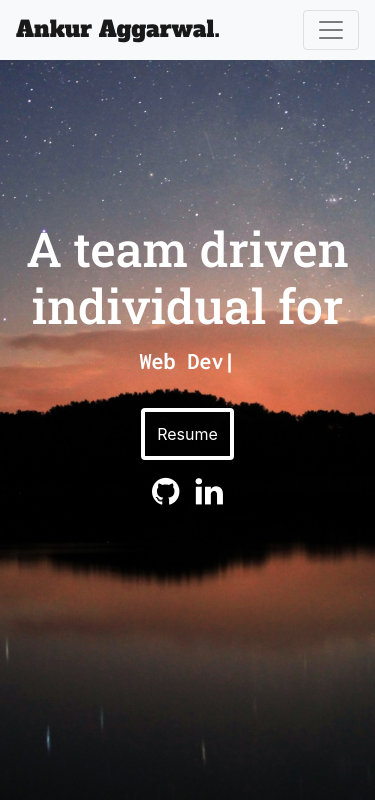
Repository: AnkurDevv/PersonalWebsite
Page: index.html
An editor plug-in stored every save of this project. The page is shown before and after the next save, followed by the edit.
The browser window is 375 px wide. The pictures show the whole page.
Some web fonts or font styles are not loaded; a fallback is used.

Above is the page before, as saved 2020-09-13 16:05:51.

### index.html
<!DOCTYPE html>
<html>

<head>
  <meta charset="utf-8">
  <meta http-equiv="X-UA-Compatible" content="IE=edge">
  <title>Ankur Aggarwal</title>
  <meta name="description" content="">
  <meta name="viewport" content="width=device-width, initial-scale=1">
  <!-- FONT AWESOME FOR SOCIAL MEDIA ICONS -->
  <link rel="stylesheet" href="https://cdnjs.cloudflare.com/ajax/libs/font-awesome/4.7.0/css/font-awesome.min.css">
  <!-- Importing Bootstrap here -->
  <link rel="stylesheet" href="https://stackpath.bootstrapcdn.com/bootstrap/4.4.1/css/bootstrap.min.css"
    integrity="sha384-Vkoo8x4CGsO3+Hhxv8T/Q5PaXtkKtu6ug5TOeNV6gBiFeWPGFN9MuhOf23Q9Ifjh" crossorigin="anonymous">
  <!--CUSTOM CSS FOR THE PAGE  -->
  <link rel="stylesheet" href="./style/index.css">
  <!-- FOR COOL ANIMATION EFFECTS -->
  <link rel="stylesheet" href="./style/animate.css">
  <!-- FOR COOL TYPING EFFECTS -->
  <script src="https://cdn.jsdelivr.net/npm/typed.js@2.0.11"></script>
  <!-- FOR GOOGLE FONTS - START -->
  <!-- for main heading -->
  <link
    href="https://fonts.googleapis.com/css2?family=Merienda:wght@700&family=Pacifico&family=Roboto&family=Roboto+Slab:wght@500&display=swap"
    rel="stylesheet">
  <!-- For Sub heading -->
  <link
    href="https://fonts.googleapis.com/css2?family=Inconsolata:wght@700&family=Merienda:wght@700&family=Pacifico&family=Roboto&family=Roboto+Slab:wght@500&display=swap"
    rel="stylesheet">
  <!-- For Navbar Logo -->
  <link href="https://fonts.googleapis.com/css2?family=Alfa+Slab+One&display=swap" rel="stylesheet">
  <!-- FOR GOOGLE FONTS - END -->
</head>

<body>
  <header>
    <nav class="navbar navbar-expand-lg navbar-light bg-light">
      <a class="navbar-brand" id="Brand-logo">Ankur Aggarwal.</a>
      <button class="navbar-toggler" type="button" data-toggle="collapse" data-target="#navbarNav"
        aria-controls="navbarNav" aria-expanded="false" aria-label="Toggle navigation">
        <span class="navbar-toggler-icon"></span>
      </button>
      <div class="collapse navbar-collapse" id="navbarNav">
        <ul class="navbar-nav">
          <li class="nav-item active">
            <a class="nav-link" href="#">Home</a>
          </li>
          <li class="nav-item active">
            <a class="nav-link" href="#">About</a>
          </li>
          <!-- <li class="nav-item active">
            <a class="nav-link" href="#">Why Me?</a>
          </li> -->
          <li class="nav-item active">
            <a class="nav-link" href="#">Skills</a>
          </li>
          <li class="nav-item active">
            <a class="nav-link" href="#">Projects</a>
          </li>
          <li class="nav-item active">
            <a class="nav-link" href="#">Contact</a>
          </li>
        </ul>
      </div>
    </nav>


    <!-- FIRST IMPRESSION SECTION - START -->
    <section class="first-impression-section">
      <div class="row first-impression-row">
        <h1 class="text-center animated fadeInDown" id="MainNameHeading">A team driven individual for
        </h1>
      </div>
      <div class="row">
        <h3 id="MainSubHeading">
          <span id="typed" style="white-space:pre;"></span>
          <!-- <span class="typed-cursor typed-cursor--blink">|</span> -->
        </h3>
      </div>

      <!-- RESUME BUTTON - START -->
      <div class="row" id="ResumeDiv">
        <a type="button" href="https://drive.google.com/file/d/129eEq26ATzqey1-hpHnRXs40bzbBVkSX/view?usp=sharing"
          target="blank" class="btn btn-primary" id="ResumeBtn">Resume</a>
      </div>
      <!-- RESUME BUTTON - END -->

      <!-- SOCIAL LINKS -->
      <div class="socialLinksDiv">
        <!-- github link -->
        <a href="https://github.com/AnkurDevv" target="blank" class="social-link"><i
            class="fa fa-github fa-2x text-white"></i></a>
        <!-- linkedin link -->
        <a href="https://www.linkedin.com/in/ankur-aggarwal2112/" target="blank" class="social-link"><i
            class="fa fa-linkedin fa-2x text-white"></i></a>
      </div>

    </section>
    <!-- FIRST IMPRESSION SECTION - END -->


  </header>

  <script>
    // JS FOR COOL TYPING EFFECT USING TYPE.JS -  START
    var options = {
      strings: ['Web Development.', 'Software Engineering.', 'Product Development.'],
      typeSpeed: 100,
      loop: true,
      backDelay: 800,
      backSpeed: 80,
      startDelay: 1000,
    };
    var typed = new Typed('#typed', options);
// JS FOR COOL TYPING EFFECT USING TYPE.JS -  END
  </script>

  <!-- NECESSARY JS FOR BOOTSTRAP - START -->
  <script src="https://code.jquery.com/jquery-3.4.1.slim.min.js"
    integrity="sha384-J6qa4849blE2+poT4WnyKhv5vZF5SrPo0iEjwBvKU7imGFAV0wwj1yYfoRSJoZ+n"
    crossorigin="anonymous"></script>
  <script src="https://cdn.jsdelivr.net/npm/popper.js@1.16.0/dist/umd/popper.min.js"
    integrity="sha384-Q6E9RHvbIyZFJoft+2mJbHaEWldlvI9IOYy5n3zV9zzTtmI3UksdQRVvoxMfooAo"
    crossorigin="anonymous"></script>
  <script src="https://stackpath.bootstrapcdn.com/bootstrap/4.4.1/js/bootstrap.min.js"
    integrity="sha384-wfSDF2E50Y2D1uUdj0O3uMBJnjuUD4Ih7YwaYd1iqfktj0Uod8GCExl3Og8ifwB6"
    crossorigin="anonymous"></script>
  <!-- NECESSARY JS FOR BOOTSTRAP - END -->

  <!-- ADDING JQUERY - START -->
  <script src="https://ajax.googleapis.com/ajax/libs/jquery/3.5.1/jquery.min.js"></script>
  <!-- ADDING JQUERY - END -->

  <!-- CUSTOM JS FOR THE PAGE - START  -->
  <script src="index.js"></script>
  <!-- CUSTOM JS FOR THE PAGE - END  -->
</body>

</html>

### style/index.css
body{
  margin-left: 0;
  margin-right: 0;
}

/* NAVBAR CSS - START */

#Brand-logo{
  font-family: 'Alfa Slab One', cursive;
  font-size: 270%;
}

.navbar-nav{
  margin-left: auto;
}

.nav-link{
  font-size: 155%;
  font-weight: 700;
  padding: 2vw!important;
}

@media only screen and (max-width: 992px) {
  .nav-link{
    text-align: center;
  }
}

@media only screen and (max-width: 600px) {

  #Brand-logo{
    font-size: 140%;
  }

  .navbar-nav{
    height: 100vh;
  }

  .nav-link{
    margin: 5vh auto;
  }

}

/* NAVBAR CSS - END */

/* FIRST IMPRESSION SECTION CSS - START */
header{
  height: 100vh; /* Takes 100% of the screen size */
  background-image:url(../images/sunset_skyline_lake_reflection_114025_1920x1080.jpg);
  -webkit-background-size: cover;
  background-position: center;
  overflow: hidden;
}

#MainNameHeading{
  margin: 0 auto;
  margin-top: 20vh;
  font-size: 395%;
  color: white;
  font-family: 'Roboto Slab', serif;
  padding-bottom: 3%;
}

#MainSubHeading{
  margin: 0 auto;
  color: white;
  text-align: -webkit-center;
  font-family: 'Inconsolata', monospace;
  font-size: xx-large;
}

#ResumeBtn{
  -webkit-appearance: button;
  -moz-appearance: button;
  appearance: button;
  margin: 8% auto;
  margin-bottom: 2%;
  padding: 10px 3%;
  background-color: transparent;
  border: 4px solid white;
}

#ResumeBtn:hover{
  background-color: white;
  color: black;
  font-weight: 700;
  font-size: 130%;
}

.socialLinksDiv{
  display: flex;
  justify-content: center;
}

.social-link{
  margin: 8px;
}


@media only screen and (max-width: 600px) {
  #MainNameHeading{
    font-size: 300%;
  }
  #MainSubHeading{
    font-size: x-large;
  }
}
/* FIRST IMPRESSION SECTION CSS - ENDS */

### index.js
// CHANGING NAVBAR COLOR WHEN A USER HOVERS OVER A LINK
$(document).ready(function () {

  // makes nav transparent when user hovers on a link
  $(".nav-link").hover(function () {
    $('.navbar').addClass('bg-dark').removeClass('bg-light');
    $('#Brand-logo').css("color", "white");
    $('.nav-link').css("color", "white");
    $('.navbar-toggler').css("color", "white");
  });

  // makes nav non-transparent when user hovers on a link
  $(".navbar").mouseleave(function () {
    $('.navbar').addClass('bg-light').removeClass('bg-dark');
    $('#Brand-logo').css("color", "black");
    $('.nav-link').css("color", "black");
    $('.navbar-toggler').css("color", "black");
  });

});

Loaded but not shown: style/animate.css (library)

After the next save:
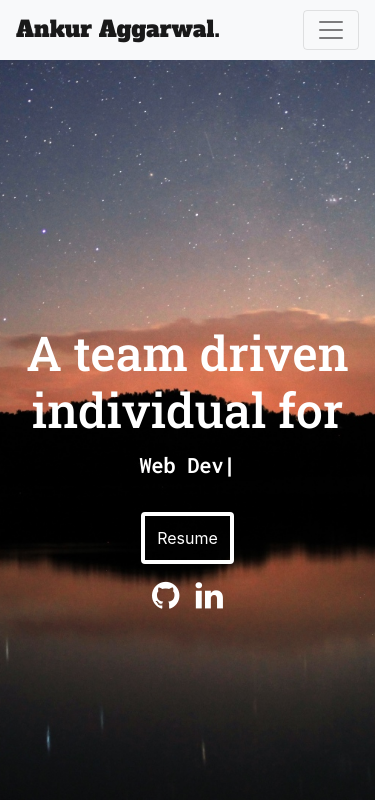
Saved 102 s later.
--- a/style/index.css
+++ b/style/index.css
@@ -101,6 +101,7 @@ header{
 @media only screen and (max-width: 600px) {
   #MainNameHeading{
     font-size: 300%;
+    padding-top: 13vh;
   }
   #MainSubHeading{
     font-size: x-large;
